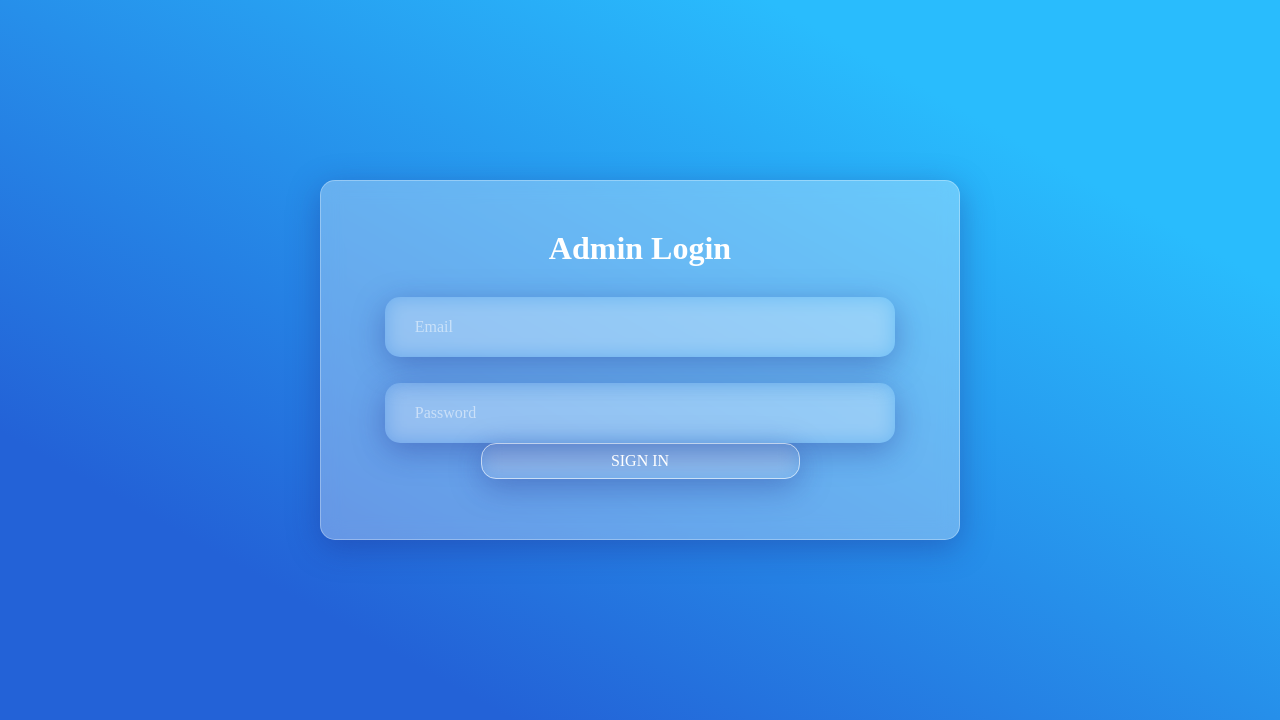
Repository: LEEYONGJUN3068/cms
Page: /login
An editor plug-in stored every save of this project. The page is shown before and after the next save, followed by the edit.
The browser window is 1280 px wide. The pictures show the whole page.
The page's requests for data from a server got no answer. The project was rebuilt for these pictures with package versions that can differ from the ones it lists, and the page was loaded fresh each time. The framework's server and built-in components were replaced by stand-ins that run in the browser. No one was signed in, and anything a server would have sent is missing. Also part of the build but not shown: next.config.mjs.

Above is the page before, as saved 2025-09-23 15:23:01.

### src/app/layout.js
import { Geist, Geist_Mono } from "next/font/google";
import "./globals.css";
import AppLoader from "@/components/AppLoader";
import "../styles/globals.scss";

const geistSans = Geist({
  variable: "--font-geist-sans",
  subsets: ["latin"],
});

const geistMono = Geist_Mono({
  variable: "--font-geist-mono",
  subsets: ["latin"],
});

export const metadata = {
  title: "Create Next App",
  description: "Generated by create next app",
  stylesheets: [
    {
      rel: 'stylesheet',
      as: 'style',
      crossOrigin: 'anonymous',
      href: 'https://cdn.jsdelivr.net/gh/orioncactus/pretendard@v1.3.9/dist/web/static/pretendard.min.css',
    },
  ],
};

export default function RootLayout({ children }) {
  return (
    <html lang="ko">
      <body
        className={`${geistSans.variable} ${geistMono.variable} antialiased`}
      >
        <AppLoader>{children}</AppLoader>
      </body>
    </html>
  );
}

### src/app/login/page.jsx
'use client'
import { useState } from 'react'
import { supabase } from '@/lib/supabaseClient'
import { useRouter } from 'next/navigation'
import styles from './login.module.scss'

export default function Login() {
  const [email,setEmail] = useState('')
  const [password,setPassword] = useState('')
  const router = useRouter()

  const handleLogin = async (e) => {
    e.preventDefault()
    const { data, error } = await supabase.auth.signInWithPassword({ email, password })
    if (error) alert(error.message)
    else router.push('/dashboard')
  }

  return (
    <div className={styles.loginContainer}>
      <div className={styles.form}>
        <h2>Admin Login</h2>
        <form onSubmit={handleLogin}>
          <input
            type="email"
            placeholder="Email"
            value={email}
            onChange={(e)=>setEmail(e.target.value)}
            required
            name='id'
          />
          <input
            type="password"
            placeholder="Password"
            value={password}
            onChange={(e)=>setPassword(e.target.value)}
            required
            name='pw'
          />
          <button type="submit" className={styles.loginBtn}>SIGN IN</button>
        </form>
      </div>
    </div>
  )
}

### src/app/globals.css
@import "tailwindcss";

:root {
  --background: #ffffff;
  --foreground: #171717;
}

@theme inline {
  --color-background: var(--background);
  --color-foreground: var(--foreground);
  --font-sans: var(--font-geist-sans);
  --font-mono: var(--font-geist-mono);
}

@media (prefers-color-scheme: dark) {
  :root {
    --background: #0a0a0a;
    --foreground: #ededed;
  }
}

body {
  background: var(--background);
  color: var(--foreground);
  font-family: 'Pretendard';
}

### src/components/AppLoader.jsx
"use client";

import { useState, useEffect } from "react";
import dynamic from 'next/dynamic'; // dynamic import 추가

// LoadingScreen 컴포넌트를 dynamic으로 불러오고, ssr을 false로 설정합니다.
// 이렇게 하면 이 컴포넌트는 오직 브라우저에서만 렌더링됩니다.
const LoadingScreen = dynamic(() => import('./LoadingScreen'), { ssr: false });

const AppLoader = ({ children }) => {
  const [loading, setLoading] = useState(true);

  useEffect(() => {
    const isFirstVisit = sessionStorage.getItem("isFirstVisit");

    if (isFirstVisit) {
      setLoading(false);
    } else {
      sessionStorage.setItem("isFirstVisit", "false");
      setTimeout(() => {
        setLoading(false);
      }, 3000);
    }
  }, []);

  return loading ? <LoadingScreen /> : <>{children}</>;
};

export default AppLoader;

### src/styles/globals.scss
button{
    &:hover{
        cursor: pointer;
    }
}

### src/app/login/login.module.scss
.loginContainer{
    background: linear-gradient(to bottom left, #29bcfd 20%, #2362d7 80%);
    width: 100%;
    height: 100vh;

    .form{
        position: absolute;
        left: 50%;
        top: 50%;
        transform: translate(-50%, -50%);
        width: 50%;
        max-width: 960px;
        height: 50vh;
        max-height: 600px;
        background: rgba(255, 255, 255, 0.3);
        backdrop-filter: blur(10px);
        -webkit-backdrop-filter: blur(10px); /* Safari 브라우저 지원 */
        border: 1px solid rgba(255, 255, 255, 0.3);
        box-shadow: 0 8px 32px 0 rgba(31, 38, 135, 0.37);
        border-radius: 15px;
        padding: clamp(0px, 5vw, 60px) 0;
        color: white;
        display: flex;
        flex-direction: column;
        justify-content: end;

        h2{
            position: relative;
            top: 0;
            text-align: center;
            font-weight: bold;
            font-size: clamp(0px, 4vw, 32px);
        }

        input{
            width: 80%;
            height: clamp(0px, 5vh, 96px);
            backdrop-filter: blur(10px);
            -webkit-backdrop-filter: blur(10px); /* Safari 브라우저 지원 */
            box-shadow: 0 8px 32px 0 rgba(31, 38, 135, 0.37);
            border-radius: 15px;
            padding: 30px;
            color: white;
            margin-top: clamp(0px, 2vw, 38px);

            &:focus{
                outline: none;
            }
        }

        form{
            display: flex;
            flex-direction: column;
            justify-content: end;
            align-items: center;
        }

        .loginBtn{
            display: flex;
            align-items: center;
            justify-content: center;
            width: 50%;
            height: 5vh;
            backdrop-filter: blur(10px);
            -webkit-backdrop-filter: blur(10px); /* Safari 브라우저 지원 */
            border: 1px solid rgba(255, 255, 255, 0.6);
            box-shadow: 0 8px 32px 0 rgba(31, 38, 135, 0.37);
            border-radius: 15px;
            font-weight: 500;
            color: white;

            &:hover{
                background-color: #fff;
                color: #2362d7;
                transition: all 0.5s;
            }
        }
    }
}

### src/components/LoadingScreen.jsx
"use client";

// lottie-react에서 Player를 가져옵니다.
import { Player } from "@lottiefiles/react-lottie-player";

const LoadingScreen = () => {
  return (
    <div style={{
      position: 'fixed',
      top: 0,
      left: 0,
      width: '100%',
      height: '100%',
      backgroundColor: '#000',
      display: 'flex',
      flexDirection: 'column',
      justifyContent: 'center',
      alignItems: 'center',
      zIndex: 9999,
    }}>
        <p style={{
            fontSize: 'clamp(0px, 5vw, 32px)',
            fontWeight: 'bold',
        }}>
          포트폴리오 화면을 구성중입니다
        </p>
        <Player
          autoplay
          loop
          src="https://lottie.host/dfe9ce55-f0b7-4bb0-bcd2-241897b61dec/JhkEyDhSuU.json"
          style={{ width: 'clamp(0px, 50vw, 300px)', height: 'auto' }}
        />
    </div>
  );
};

export default LoadingScreen;

Loaded but not shown: src/lib/supabaseClient.js (common file)

After the next save:
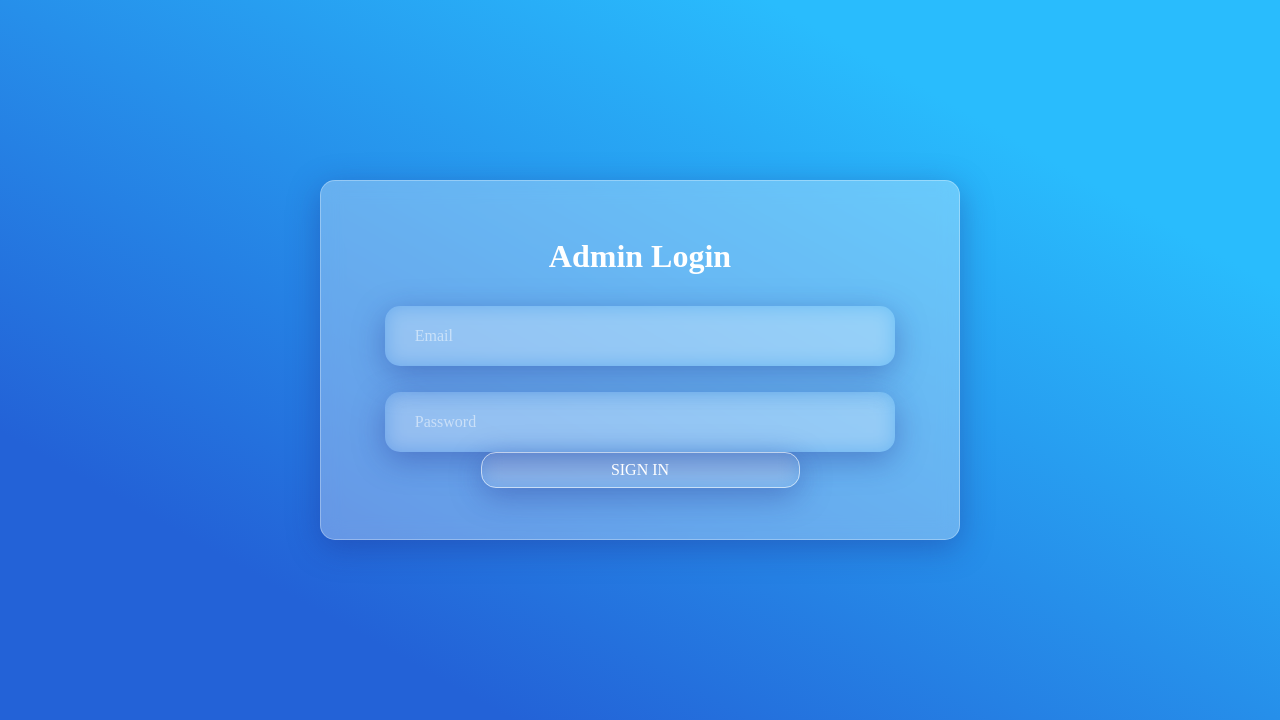
Saved 49 s later.
--- a/src/app/login/login.module.scss
+++ b/src/app/login/login.module.scss
@@ -22,7 +22,7 @@
         color: white;
         display: flex;
         flex-direction: column;
-        justify-content: end;
+        justify-content: center;
 
         h2{
             position: relative;
